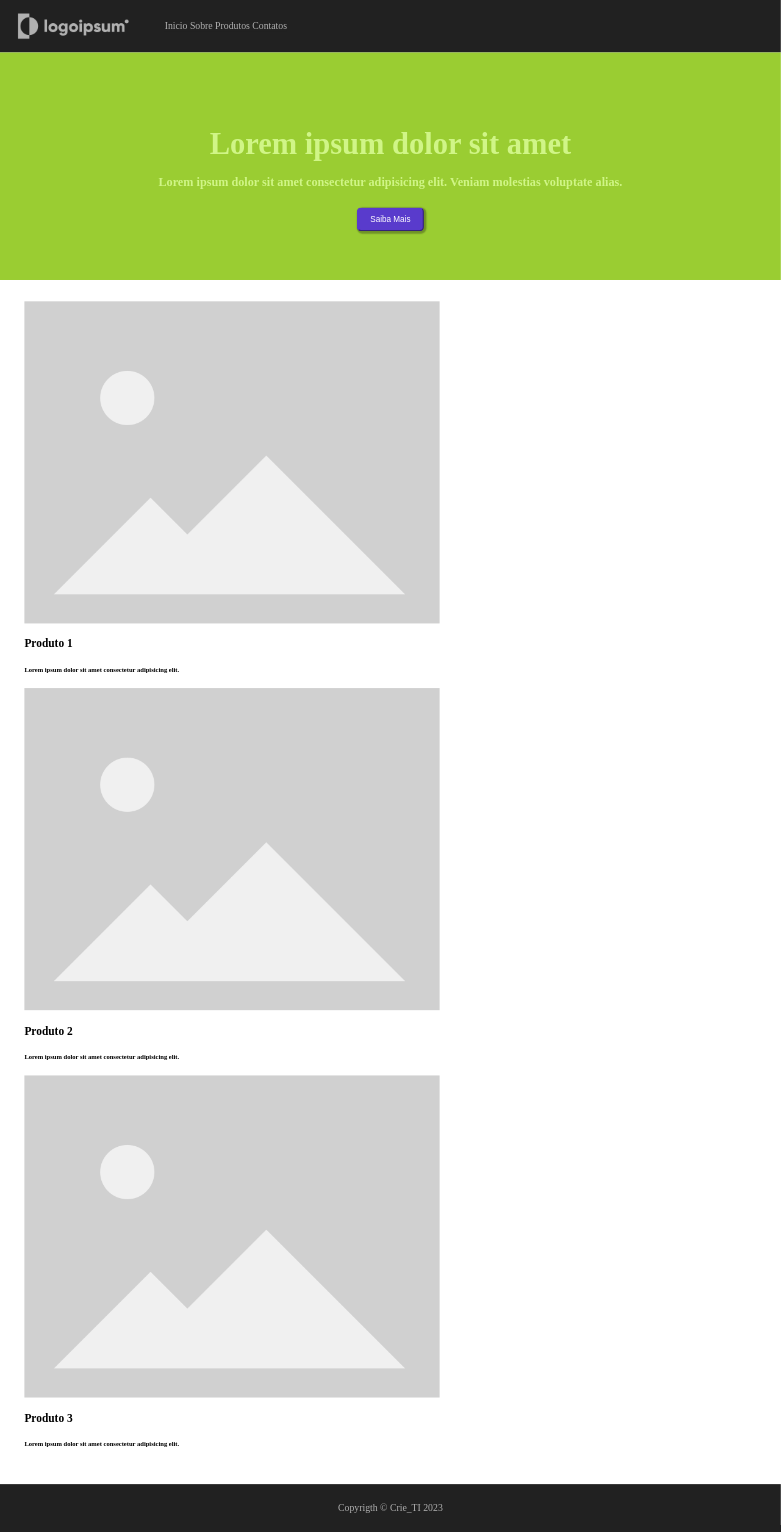
Repository: robsonwssantos/Projeto_Olaria
Page: Exercicios/ex.01/index.html
An editor plug-in stored every save of this project. The page is shown before and after the next save, followed by the edit.
The browser window is 1280 px wide. The pictures show the whole page, at 61% of full size.

Above is the page before, as saved 2023-04-21 11:39:27.

### Exercicios/ex.01/index.html
<!DOCTYPE html>
<html lang="pt-BR">
<head>
    <meta charset="UTF-8">
    <meta http-equiv="X-UA-Compatible" content="IE=edge">
    <meta name="viewport" content="width=device-width, initial-scale=1.0">
    <title>Desafio HTML-CSS</title>

    <style>
        body {
            margin: 0;
        }

        nav {
            color: #B0B0B0;
            background-color: #212121;
        }

        .banner {
            color: #d0f587;
            background-color: #9ACD32;
            text-align: center;
            padding: 80px 80px 80px 80px;
        }

        .banner h1 {
            font-size: 50px;
        }

        .banner h3 {
            font-size: 20px;
            margin-top: -20px;
        }



        .botao {
            color: #fff;
            background-color: #593BCC;
            border-color: #593BCC;
            border-radius: 7px;
            padding: 10px 20px 10px 20px;
            margin-top: 10px;
            box-shadow: 2px 2px 2px 2px rgba(19, 18, 18, 0.315);
        }


        header {
            display: flex;
            align-items: center;
            background-color:#212121;
            padding-left: 20px;
            padding-right: 20px;
            box-sizing: border-box;
            color: #B0B0B0;;
          /*  width: 100%;
            position: absolute;
            position: fixed;
            top: 0; */
        }

        header img {
            width: 200px;
            margin-right: 50px;
        }

        header a {
            text-decoration: none;
            color: #B0B0B0;
        }

        a:hover {
            color: #ffffff;
        }

        .container {

                padding-top:35px;
                padding-bottom: 35px;
                padding-left: 40px;
                padding-right: 40px;
        }


        footer {
            text-align: center;
            padding-top: 30px;
            padding-bottom: 30px;
            color:#B0B0B0;
            background-color:#212121;

        }

    </style>

</head>
<body>
    <header>

        <img src="logo.png" alt="">
        <nav>
            <a href="">Inicio</a>
            <a href="">Sobre</a>
            <a href="">Produtos</a>
            <a href="">Contatos</a>
        </nav>

    </header>
   <main>
        <section class="banner">
            <div>
                <h1>Lorem ipsum dolor sit amet</h1>
                <h3>Lorem ipsum dolor sit amet consectetur adipisicing elit. Veniam molestias voluptate alias.</h3>
                <button class="botao">Saiba Mais</button>
            </div>
        </section>

        <section class="container" class="row">
            <div class="colum">
                <img src="placeholder.png" alt="">
                <h3>Produto 1</h3>
                <h6>Lorem ipsum dolor sit amet consectetur adipisicing elit.</h6>
            </div>
            <div class="colum">
                <img src="placeholder.png" alt="">
                <h3>Produto 2</h3>
                <h6>Lorem ipsum dolor sit amet consectetur adipisicing elit.</h6>
            </div>
            <div class="colum">
                <img src="placeholder.png" alt="">
                <h3>Produto 3</h3>
                <h6>Lorem ipsum dolor sit amet consectetur adipisicing elit.</h6>
            </div>
        </section>
   </main>

    <footer>
        Copyrigth © Crie_TI 2023
    </footer>
</body>
</html>

After the next save:
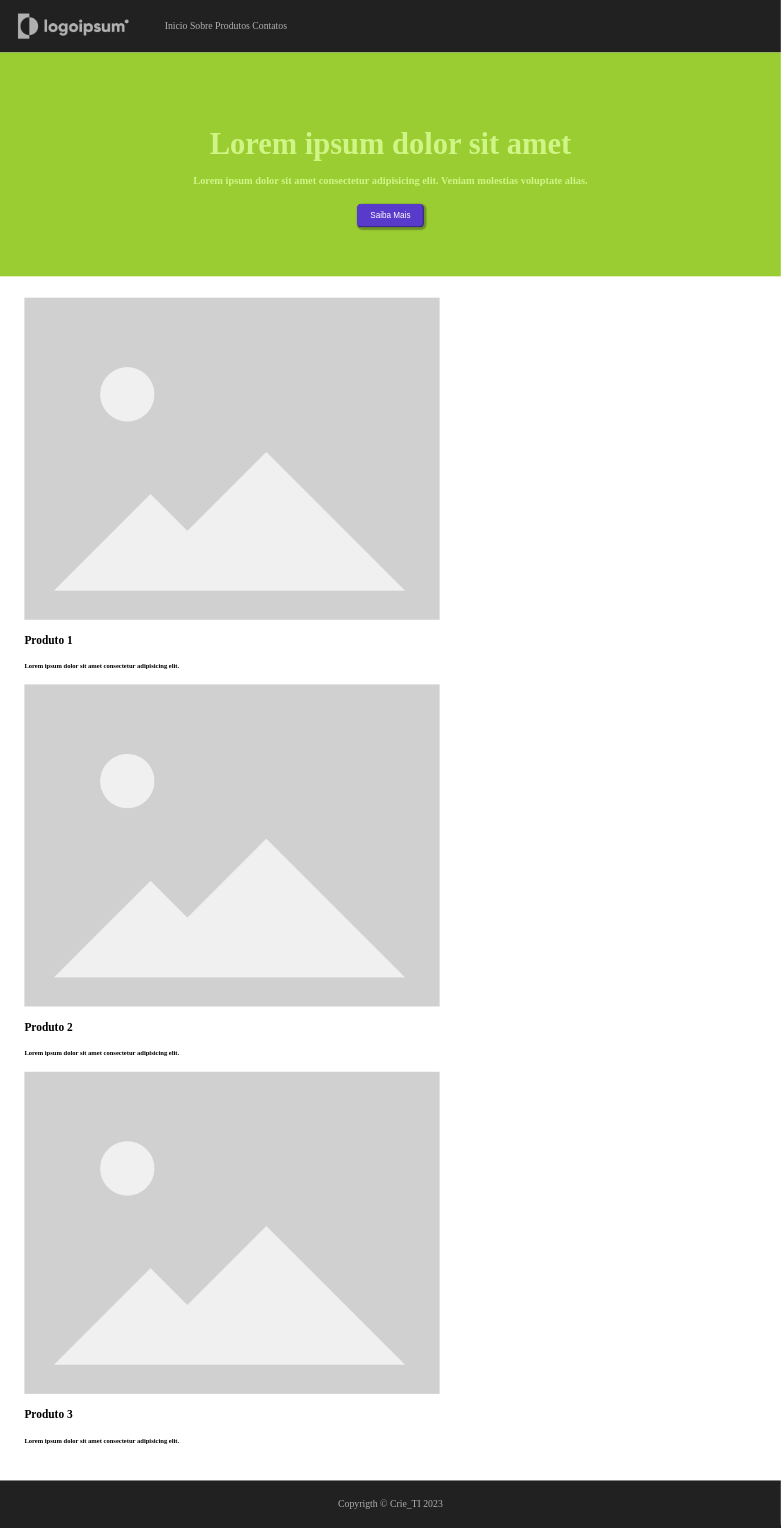
Saved 18 s later.
--- a/Exercicios/ex.01/index.html
+++ b/Exercicios/ex.01/index.html
@@ -28,7 +28,7 @@
         }
 
         .banner h3 {
-            font-size: 20px;
+            font-size: 17px;
             margin-top: -20px;
         }
 
